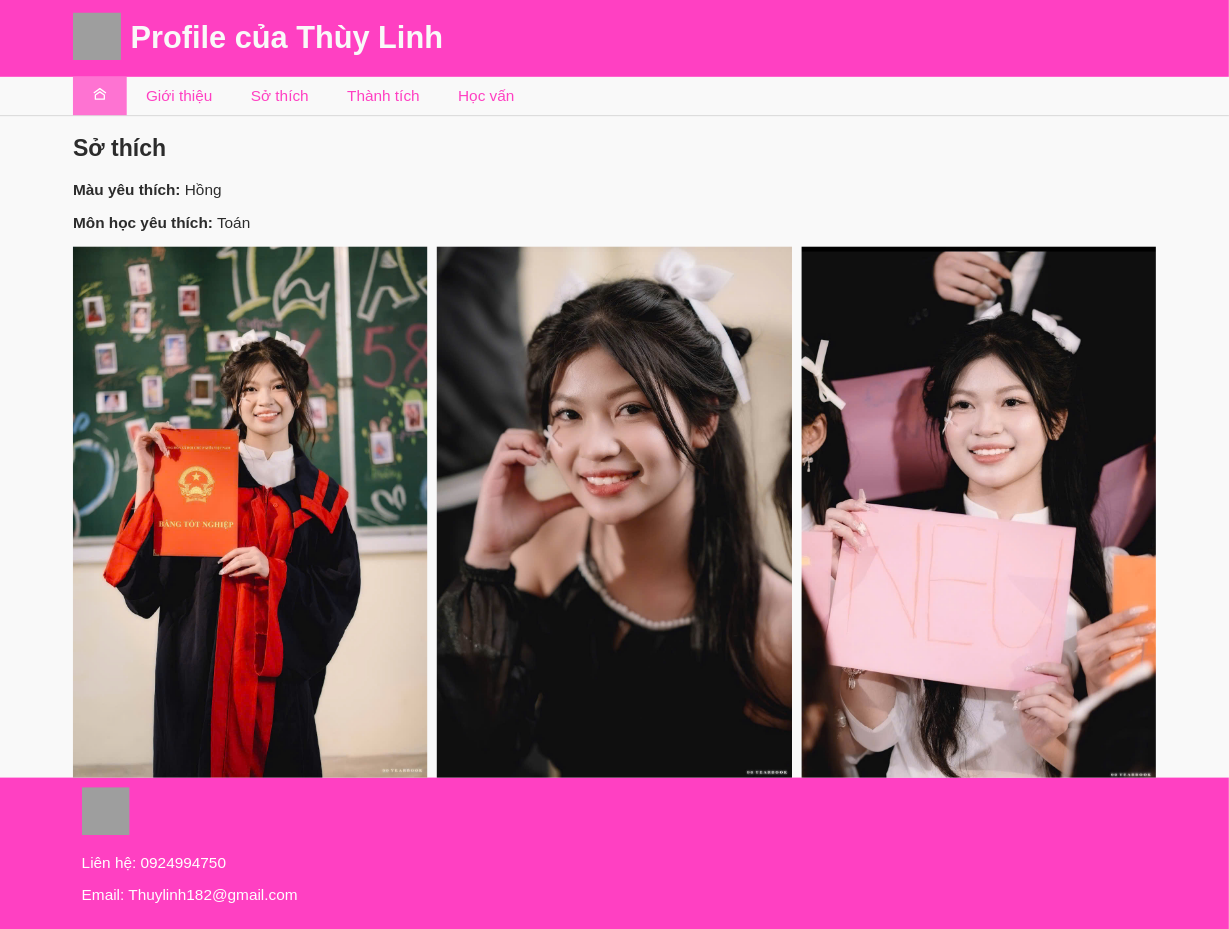
Repository: DucLong-PD07979/profile-vu-thuy-linh
Page: so-thich.html
An editor plug-in stored every save of this project. The page is shown before and after the next save, followed by the edit.
The browser window is 1280 px wide. The pictures show the whole page, at 96% of full size.
Pictures or frames that could not be fetched are drawn as grey boxes.

Above is the page before, as saved 2025-03-13 21:24:43.
Not found: script.js

### so-thich.html
<!DOCTYPE html>
<html lang="vi">
    <head>
        <meta charset="UTF-8" />
        <meta name="viewport" content="width=device-width, initial-scale=1.0" />
        <title>Profile của Thùy Linh</title>
        <link rel="stylesheet" href="./css/main.css" />
        <script defer src="script.js"></script>
    </head>
    <body>
        <header>
            <div class="container">
                <div class="logo">
                    <img
                        src="https://encrypted-tbn0.gstatic.com/images?q=tbn:ANd9GcQHs0UoAlT72hduByWmi6BstIWlXX2zQqTC_Q&s"
                        alt="Logo"
                    />
                </div>
                <h1>Profile của Thùy Linh</h1>
            </div>
        </header>
        <div class="menu-list">
            <div class="container">
                <nav>
                    <ul>
                        <li>
                            <a href="./index.html" class="active">
                                <svg
                                    xmlns="http://www.w3.org/2000/svg"
                                    viewBox="0 0 24 24"
                                    fill="currentColor"
                                >
                                    <path
                                        d="M12.5812 2.68627C12.2335 2.43791 11.7664 2.43791 11.4187 2.68627L1.9187 9.47198L3.08118 11.0994L11.9999 4.7289L20.9187 11.0994L22.0812 9.47198L12.5812 2.68627ZM19.5812 12.6863L12.5812 7.68627C12.2335 7.43791 11.7664 7.43791 11.4187 7.68627L4.4187 12.6863C4.15591 12.874 3.99994 13.177 3.99994 13.5V20C3.99994 20.5523 4.44765 21 4.99994 21H18.9999C19.5522 21 19.9999 20.5523 19.9999 20V13.5C19.9999 13.177 19.844 12.874 19.5812 12.6863ZM5.99994 19V14.0146L11.9999 9.7289L17.9999 14.0146V19H5.99994Z"
                                    ></path>
                                </svg>
                            </a>
                        </li>
                        <li>
                            <a href="./ban-than.html">Giới thiệu</a>
                            <ul class="menu-children">
                                <li><a href="./ban-than.html">Bản thân</a></li>
                                <li><a href="./gia-dinh.html">Gia đình</a></li>
                            </ul>
                        </li>
                        <li><a href="./so-thich.html">Sở thích</a></li>
                        <li><a href="./thanh-tich.html">Thành tích</a></li>
                        <li><a href="./hoc-van.html">Học vấn</a></li>
                    </ul>
                </nav>
            </div>
        </div>
        <section id="hobbies">
            <div class="container">
                <h2>Sở thích</h2>
                <div class="hobbies-section-content">
                    <div class="box">
                        <p><strong>Màu yêu thích:</strong> Hồng</p>
                        <p><strong>Môn học yêu thích:</strong> Toán</p>
                    </div>
                    <div class="images">
                        <img src="./images/anh-ban-than-2.jpg" alt="" />
                        <img src="./images/anh-ban-than-3.jpg" alt="" />
                        <img src="./images/anh-ban-than-4.jpg" alt="" />
                    </div>
                </div>
            </div>
        </section>
        <footer>
            <div class="container">
                <div class="logo">
                    <img
                        src="https://encrypted-tbn0.gstatic.com/images?q=tbn:ANd9GcQHs0UoAlT72hduByWmi6BstIWlXX2zQqTC_Q&s"
                        alt="Logo"
                    />
                </div>
                <p>Liên hệ: 0924994750</p>
                <p>Email: Thuylinh182@gmail.com</p>
            </div>
        </footer>
    </body>
</html>
<!-- https://profile-vu-thuy-linh.vercel.app/ -->

### css/main.css
* {
    box-sizing: border-box;
}

body {
    font-family: Arial, sans-serif;
    margin: 0;
    padding: 0;
    background-color: #f9f9f9;
    color: #2c2c2c;
}

.container {
    margin: 0 5%;
    padding: 0 12px;
}

header {
    background-color: #ff40c2;
    color: #f9f9f9;
}

header .container {
    display: flex;
    align-items: center;
}

.logo img {
    width: 50px;
    height: 50px;
    margin-right: 10px;
}

.menu-list {
    color: #ff40c2;
    border-bottom: 1px solid #d6d6d6;
}

nav ul {
    list-style: none;
    padding: 0;
    display: flex;
    align-items: center;
    margin: 0;
}

nav ul li {
    display: inline;
    position: relative;
}

nav ul li a {
    color: #ff40c2;
    text-decoration: none;
    padding: 10px 20px;
    display: block;
    font-size: 16px;
    transition: all 0.1s linear;
}

nav ul li a.active {
    background-color: #fe73d2;
}

nav ul li a svg {
    width: 16px;
    height: 16px;
    color: #ffffff;
}

nav ul li a:hover {
    color: white;
    background-color: #fe73d2;
}

.menu-children {
    position: absolute;
    z-index: 9;
    top: 100%;
    display: none;
    background-color: #f9f9f9;
}

nav ul li:hover .menu-children {
    display: block;
}

.participation-section {
    display: grid;
    gap: 10px;
    grid-template-columns: 1fr 1fr 1fr 1fr 1fr;
}

.item-1 {
    grid-column: 1 / 5;
    display: grid;
    grid-template-columns: 1fr 1fr;
    gap: 10px;
    width: 100%;
}

.item-2 {
    grid-column: 5 / 6;
}

.participation-section .item-1 img {
    width: 100%;
    height: 300px;
}

.participation-section .item-2 img {
    width: 100%;
    height: 240px;
    margin-bottom: 10px;
}

.participation-content {
    width: 100%;
}

.participation-content a {
    color: #404042;
    display: block;
    padding: 6px 0;
}

.participation-content a:hover {
    color: #fe73d2;
    text-decoration: underline;
}

/* giới thiệu bản thân */
#introduce-section {
    background-color: #fbdce2;
    width: 100%;
    padding: 20px 0;
}

.introduce-section-content {
    display: grid;
    grid-template-columns: 1fr 1fr;
    gap: 10px;
    align-items: center;
}

.introduce-section-content .box .gallery {
    width: 100%;
}

.introduce-section-content .box .gallery img {
    width: 100%;
    height: 400px;
    object-fit: fill;
}

.introduce-section-content .item-3 {
    grid-column: 1 /3;
    display: grid;
    gap: 20px;
    grid-template-columns: 1fr 1fr 1fr;
}

.introduce-section-content img {
    width: 100%;
    height: 600px;
    margin: 50px 0;
}

.introduce-section-content .box p {
    font-size: 18px;
}
/* gia dinh */

#family-section {
    background-color: #e8d5f3;
    width: 100%;
    padding: 20px 0;
}

.family-section-content {
    display: grid;
    grid-template-columns: 1fr 1fr 1fr 1fr;
    gap: 10px;
}

.family-section-content .box img {
    width: 100%;
    height: 340px;
    object-fit: fill;
}

.family-section-content .box p {
    font-size: 18px;
}

/* thanh tich */

#achievements {
    background-color: #eeeeeb;
    width: 100%;
    padding: 20px 0;
}

.achievements-section-content {
    display: grid;
    grid-template-columns: 1fr 1fr;
    gap: 10px;
}

.achievements-section-content .box img {
    width: 100%;
    height: 400px;
}

.achievements-section-content .box p {
    font-size: 18px;
}

/* học vấn */
#education {
    background-color: #dceeff;
    width: 100%;
    padding: 20px 0;
}

/* sở thích */
.hobbies-section-content .images {
    display: flex;
    gap: 10px;
    display: grid;
    grid-template-columns: 1fr 1fr 1fr;
}

.hobbies-section-content .images {
    width: 100%;
}

.hobbies-section-content .images img {
    width: 100%;
    height: 100%;
}

footer {
    background-color: #ff40c2;
    color: white;
    padding: 10px;
}

After the next save:
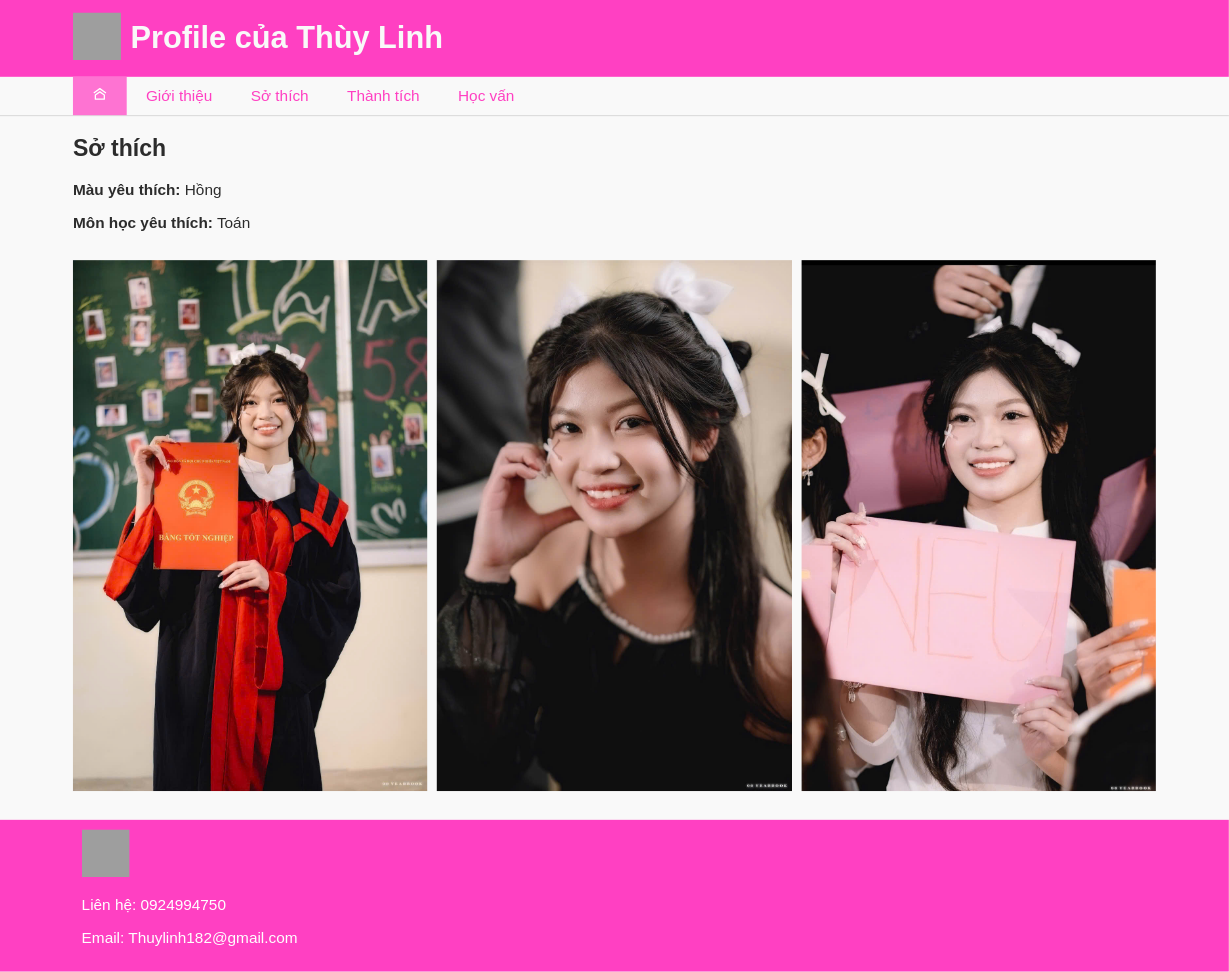
Saved 20 s later.
--- a/css/main.css
+++ b/css/main.css
@@ -233,6 +233,8 @@ nav ul li:hover .menu-children {
 
 .hobbies-section-content .images {
     width: 100%;
+    margin-top: 30px;
+    margin-bottom: 30px;
 }
 
 .hobbies-section-content .images img {
